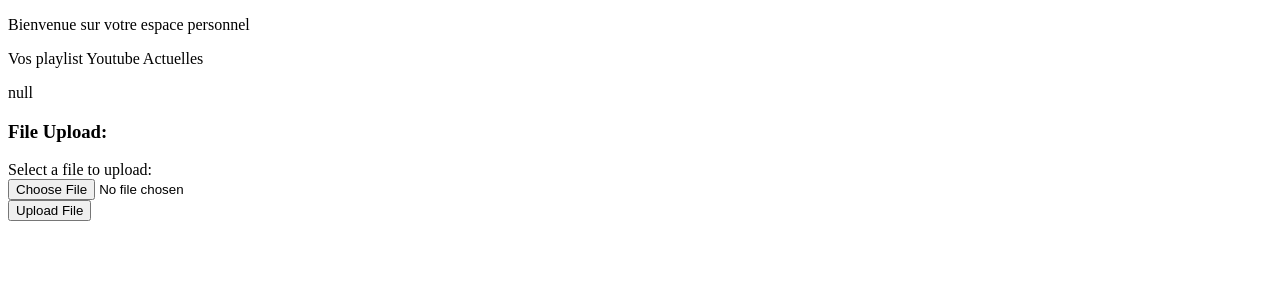
Repository: RomanKeller/Youtunes
Page: http://localhost/Web/Connexion.jsp
The author's editor kept a copy of each file at every save. The page is drawn from the files as they stood at one save, then again after the next save.
The browser window is 1280 px wide. The pictures show the whole page.
The page is served by Tomcat 9. Other server files are loaded and not shown.

Above is the page before, as saved 2014-06-05 08:41:15.

### Web/WebContent/Connexion.jsp
<%@ page language="java" contentType="text/html; charset=ISO-8859-1"
    pageEncoding="ISO-8859-1"%>
<!DOCTYPE html PUBLIC "-//W3C//DTD HTML 4.01 Transitional//EN" "http://www.w3.org/TR/html4/loose.dtd">
<html>
<head>
<meta http-equiv="Content-Type" content="text/html; charset=ISO-8859-1">
<title>Youtunes</title>
<p> Bienvenue sur votre espace personnel </p>
</head>
<body>
<p> Vos playlist Youtube Actuelles </p>
  <%  String attribut = (String) request.getAttribute("message");
  		out.println(attribut) ;
  		%>


  <h3>File Upload:</h3>
Select a file to upload: <br />
<form action="UploadServlet" method="post"
                        enctype="multipart/form-data">
<input type="file" name="file" size="50" />
<br />
<input type="submit" value="Upload File" />
</form>
</body>
</html>

After the next save:
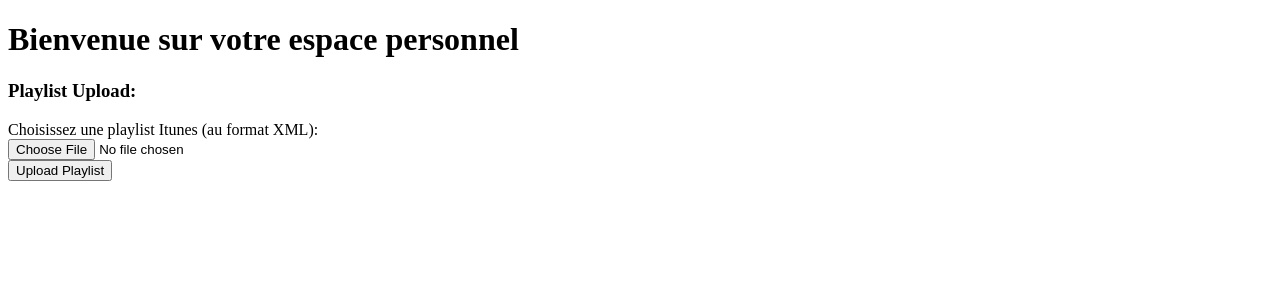
Saved 2 min 0 s later.
--- a/Web/WebContent/Connexion.jsp
+++ b/Web/WebContent/Connexion.jsp
@@ -5,22 +5,17 @@
 <head>
 <meta http-equiv="Content-Type" content="text/html; charset=ISO-8859-1">
 <title>Youtunes</title>
-<p> Bienvenue sur votre espace personnel </p>
+<p><h1> Bienvenue sur votre espace personnel </h1></p>
 </head>
 <body>
-<p> Vos playlist Youtube Actuelles </p>
-  <%  String attribut = (String) request.getAttribute("message");
-  		out.println(attribut) ;
-  		%>
 
-
-  <h3>File Upload:</h3>
-Select a file to upload: <br />
+  <h3>Playlist Upload:</h3>
+Choisissez une playlist Itunes (au format XML): <br />
 <form action="UploadServlet" method="post"
                         enctype="multipart/form-data">
 <input type="file" name="file" size="50" />
 <br />
-<input type="submit" value="Upload File" />
+<input type="submit" value="Upload Playlist" />
 </form>
 </body>
 </html>
